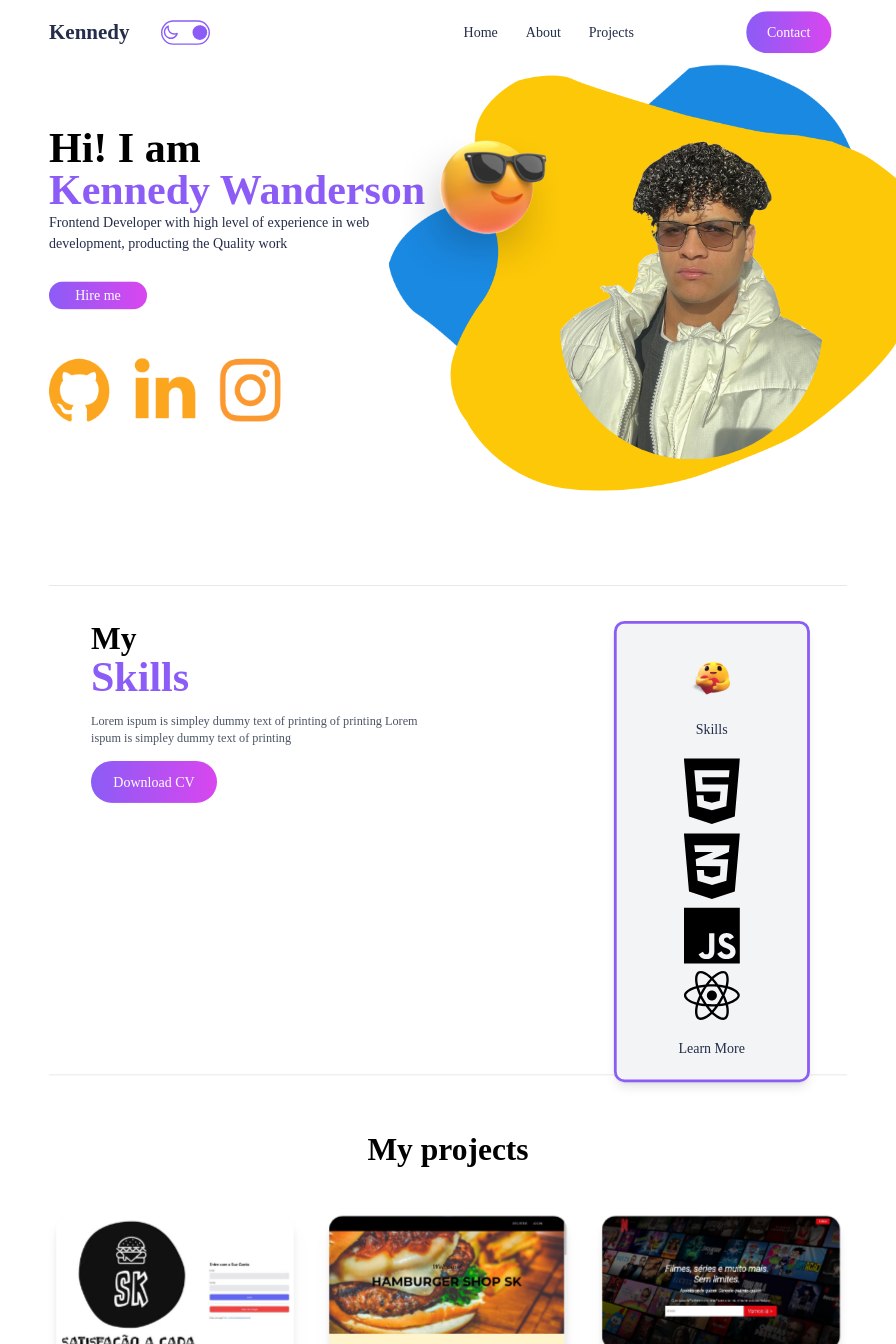
Repository: KennedyWanderson/portfolio
Page: /
The author's editor kept a copy of each file at every save. The page is drawn from the files as they stood at one save, then again after the next save.
The browser window is 1280 px wide. The pictures show the part of the page from y = 0 to 1920 px (the page is 3240 px tall), at 70% of full size.
Some web fonts or font styles are not loaded; a fallback is used. The project was rebuilt for these pictures with package versions that can differ from the ones it lists, and the page was loaded fresh each time. Imported but missing from the stored project, and not drawn on this page: src/Components/Services/Kennedy_CV.pdf.

Above is the page before, as saved 2024-01-26 12:28:51.

After the next save:
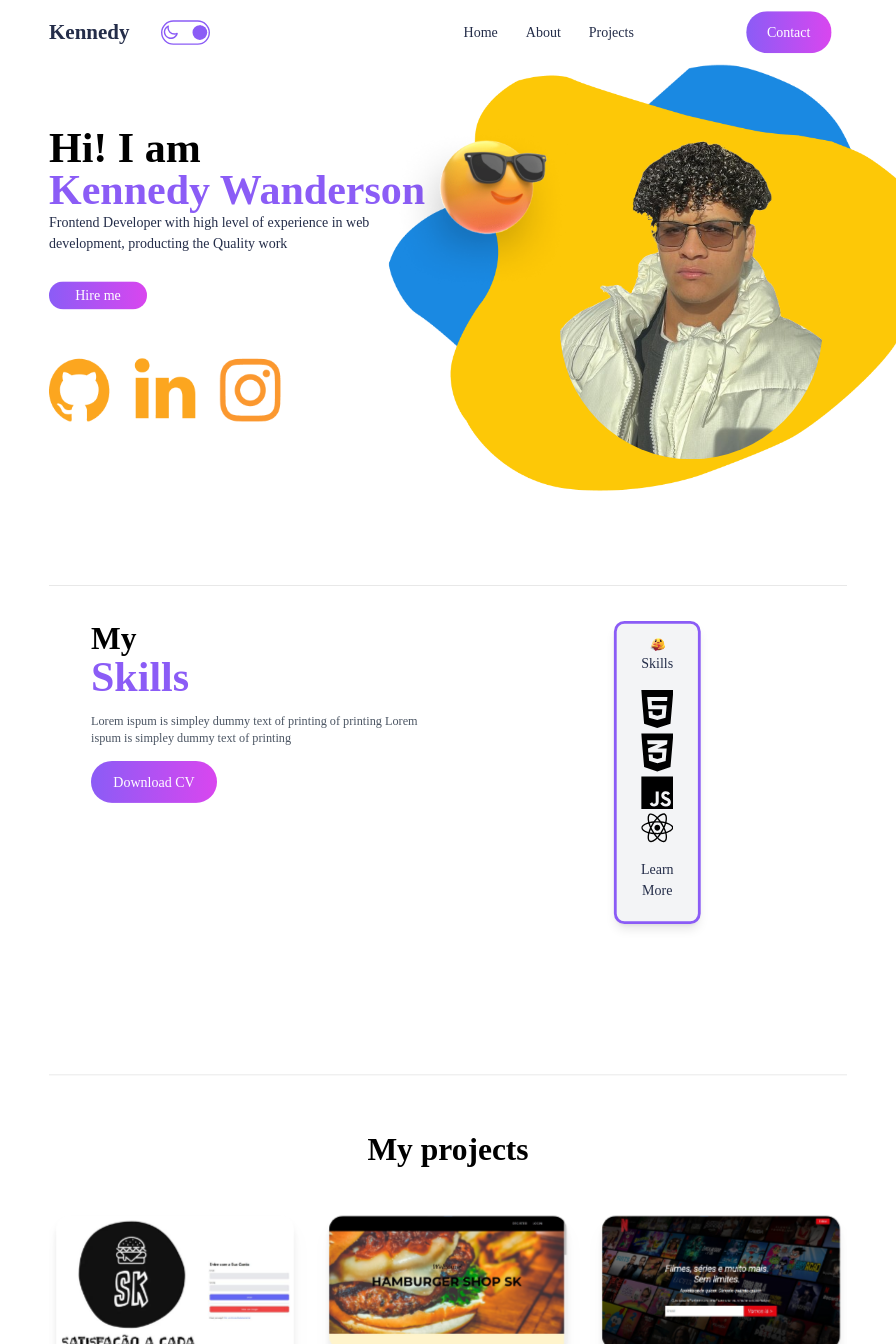
Saved 10 s later.
--- a/src/Components/Card/Card.jsx
+++ b/src/Components/Card/Card.jsx
@@ -3,7 +3,7 @@ import '../../App.css'
 
 const Card = ({ emoji, heading, detail }) => {
     return (
-        <div className="card w-56 absolute flex flex-col gap-4 items-center text-center bg-gray-100
+        <div className="card w- absolute flex flex-col gap-4 items-center text-center bg-gray-100
         rounded-xl border-4 border-violet-500 shadow-lg pt-0 pr-7 pb-6 pl-7">
             <img className="scale-50 mb-[-2rem]" src={emoji} alt="" />
             <span>{heading}</span>
